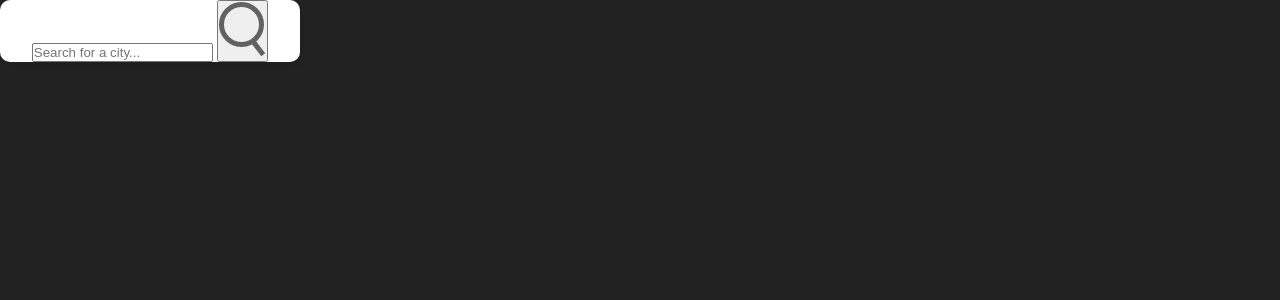
Repository: Abdelilah-Lakrim/Weather-App
Page: index.html
The author's editor kept a copy of each file at every save. The page is drawn from the files as they stood at one save, then again after the next save.
The browser window is 1280 px wide. The pictures show the whole page.

Above is the page before, as saved 2025-06-17 11:00:58.

After the next save:
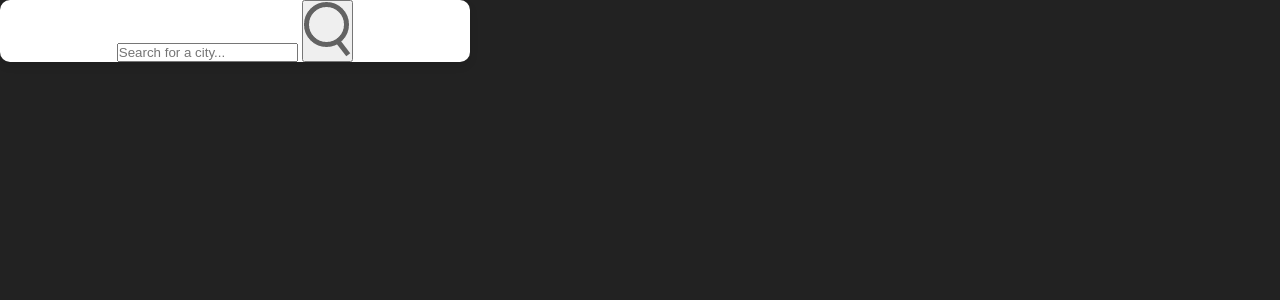
Saved 5 s later.
--- a/style.css
+++ b/style.css
@@ -9,7 +9,7 @@ body{
     color: #333;
 }
 .card{
-    width: 300px;
+    width: 90%;
     max-width: 470px;
     background-color: #fff;
     border-radius: 10px;
